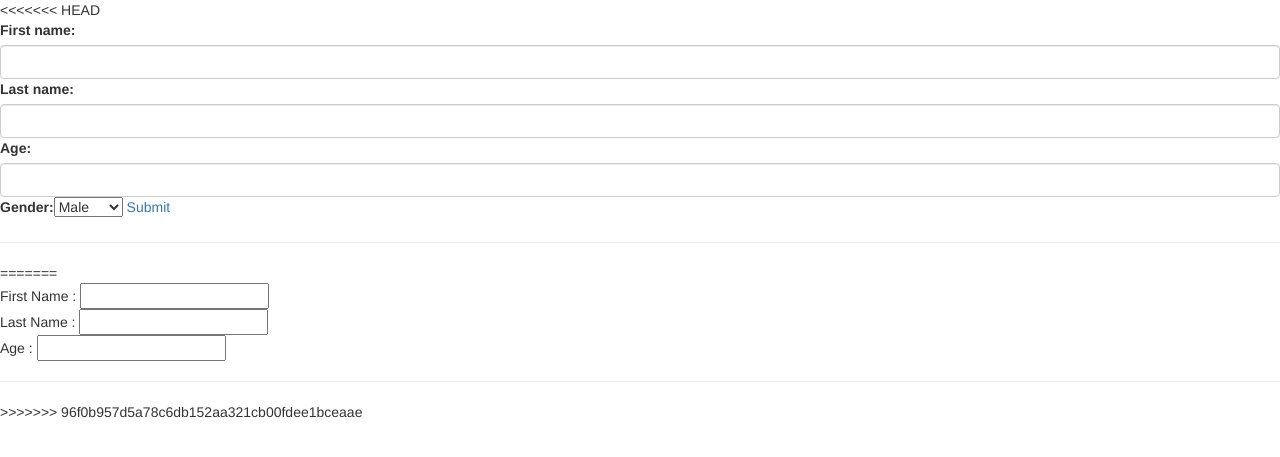
Repository: pparaska/Important
Page: http://localhost/website/WEB-INF/jsp/PassengerDetails.jsp
These files come from the project's save history. The page is drawn as it stood at one moment and after the next save; the edit follows.
The browser window is 1280 px wide. The pictures show the whole page.
The page is served by Tomcat 9. Nobody is signed in. The template is opened directly, without the code that normally fills it, so the values that code supplies are empty.

Above is the page before, as saved 2019-02-15 09:08:12.
Console error: SyntaxError: Unexpected token ','

After the next save:
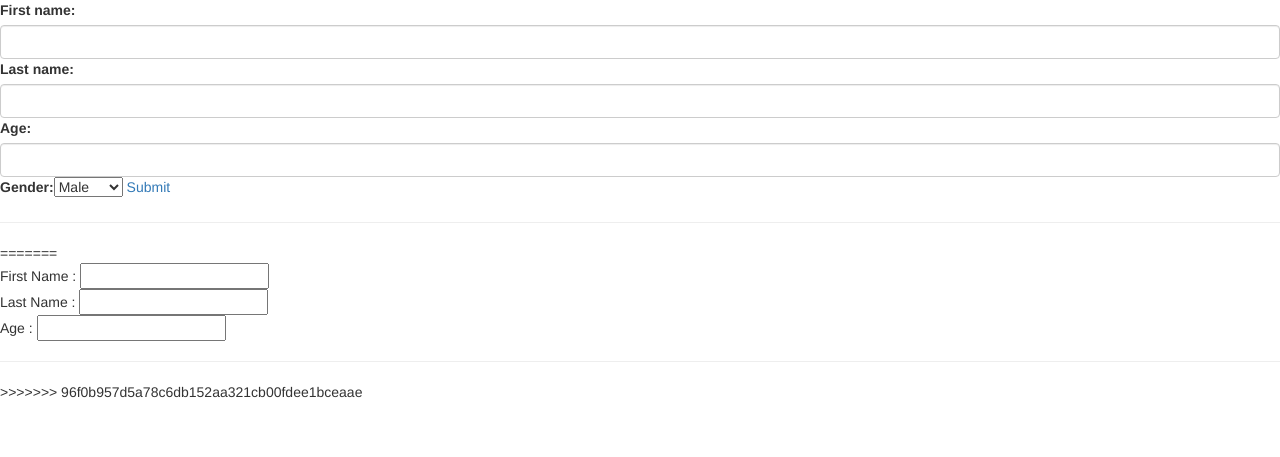
Saved 79 s later.
--- a/Tripweb/website/src/main/webapp/WEB-INF/jsp/PassengerDetails.jsp
+++ b/Tripweb/website/src/main/webapp/WEB-INF/jsp/PassengerDetails.jsp
@@ -14,7 +14,6 @@
 	src="https://maxcdn.bootstrapcdn.com/bootstrap/3.4.0/js/bootstrap.min.js"></script>
 </head>
 <body>
-<<<<<<< HEAD
 	<form action="passengerDetails">
 		<div id="passengers">
 
